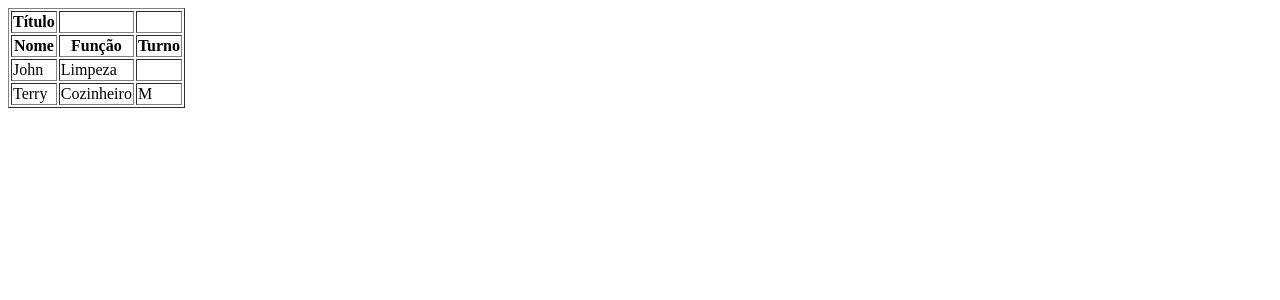
Repository: AndreiLGomes/faculdade
Page: 2 ano/WorkspaceTrilhaWeb/ProjetoTrilhaWeb/src/main/webapp/teste.html
An editor plug-in stored every save of this project. The page is shown before and after the next save, followed by the edit.
The browser window is 1280 px wide. The pictures show the whole page.

Above is the page before, as saved 2024-04-08 22:04:30.

### 2 ano/WorkspaceTrilhaWeb/ProjetoTrilhaWeb/src/main/webapp/teste.html
<table border="1">
	<tr>
		<th>Título</th>
		<th></th>
		<th></th>
	</tr>
	<tr>
		<th>Nome</th>
		<th>Função</th>
		<th>Turno</th>
	</tr>
	<tr>
		<td>John</td>
		<td>Limpeza</td>
		<td></td>
	</tr>
	<tr>
		<td>Terry</td>
		<td>Cozinheiro</td>
		<td>M</td>
	</tr>
</table>

After the next save:
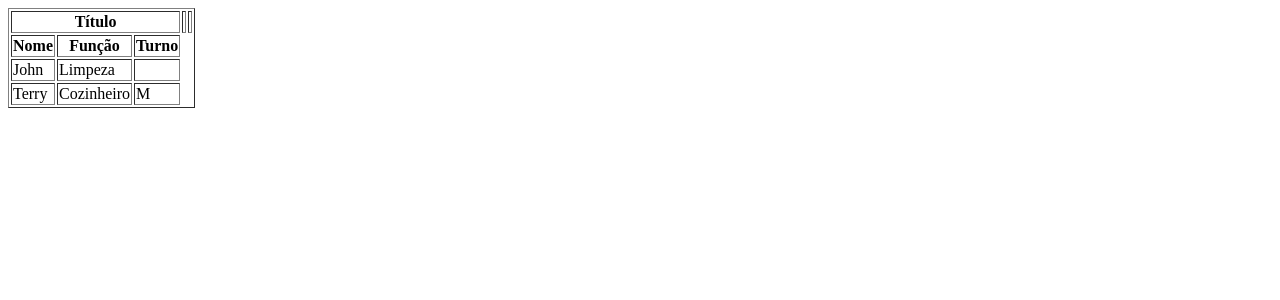
Saved 35 s later.
--- a/2 ano/WorkspaceTrilhaWeb/ProjetoTrilhaWeb/src/main/webapp/teste.html
+++ b/2 ano/WorkspaceTrilhaWeb/ProjetoTrilhaWeb/src/main/webapp/teste.html
@@ -1,6 +1,6 @@
 <table border="1">
 	<tr>
-		<th>Título</th>
+		<th colspan="3">Título</th>
 		<th></th>
 		<th></th>
 	</tr>
